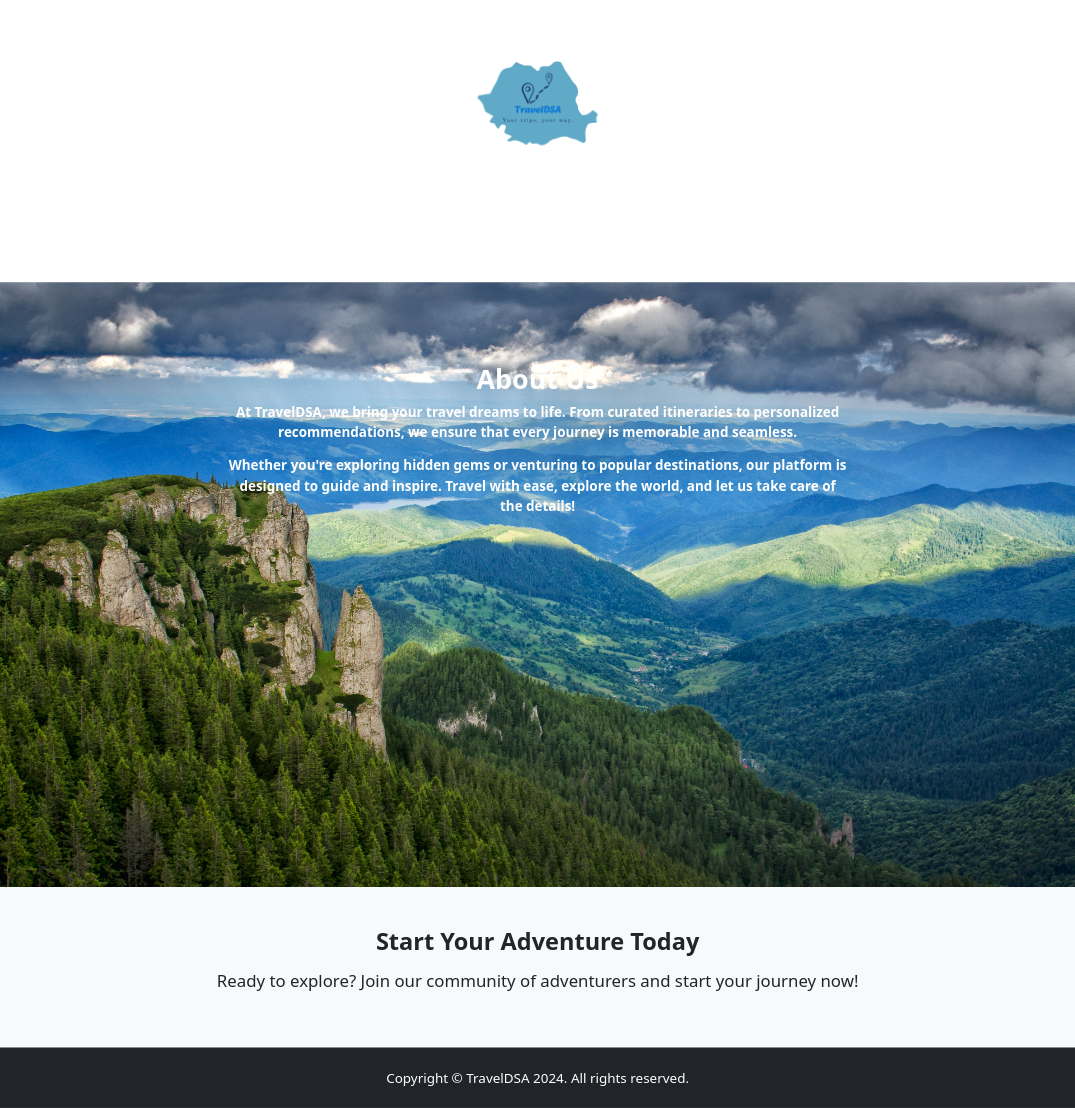
Repository: bettowww/TravelDSA
Page: /home
These files come from the project's save history. The page is drawn as it stood at one moment and after the next save; the edit follows.
The browser window is 1280 px wide. The pictures show the whole page, at 84% of full size.
The project was rebuilt for these pictures with package versions that can differ from the ones it lists, and the page was loaded fresh each time. The framework's server and built-in components were replaced by stand-ins that run in the browser. Also part of the build but not shown: next.config.mjs.

Above is the page before, as saved 2024-12-10 13:47:53.

After the next save:
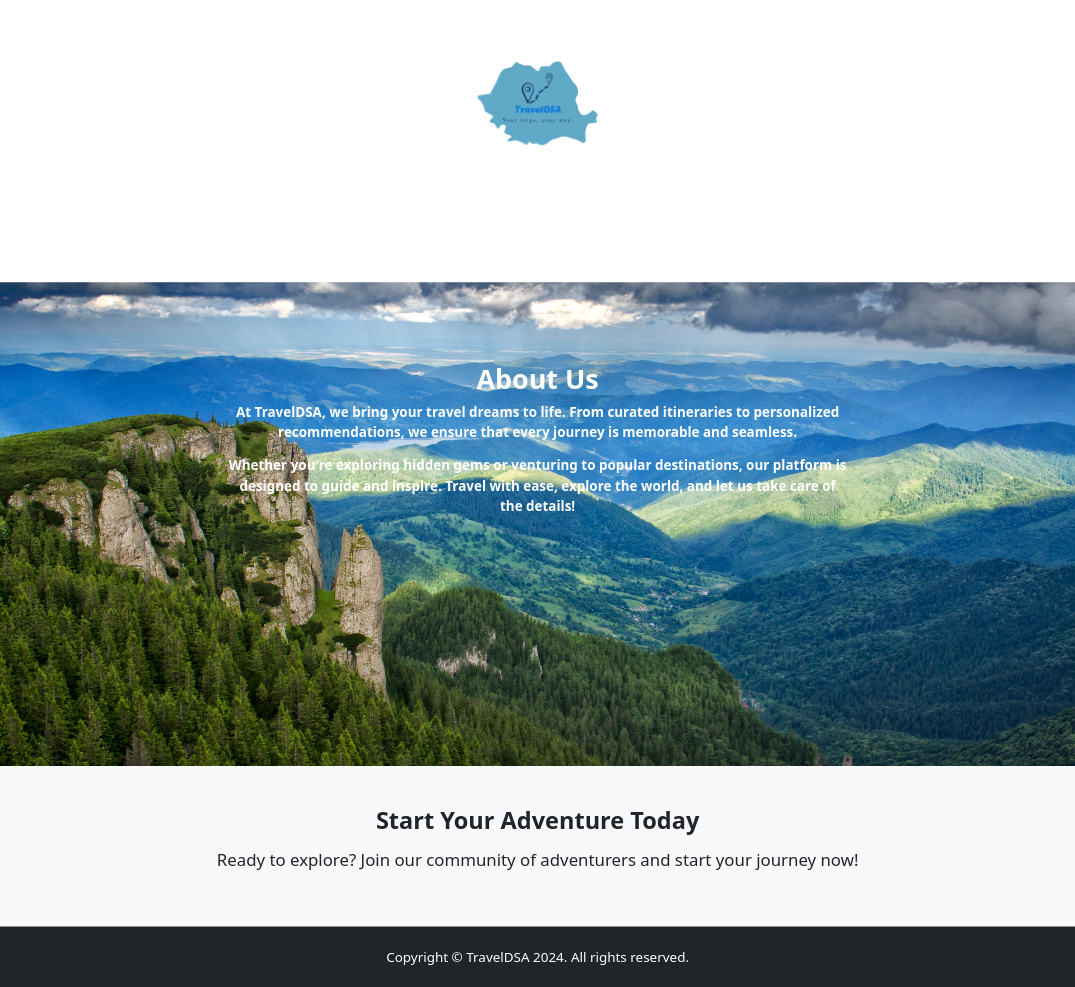
Saved 10 s later.
--- a/app/home/page.jsx
+++ b/app/home/page.jsx
@@ -37,7 +37,7 @@ const HomePage = () => {
           backgroundRepeat: "no-repeat",
           color: "#fff",
           padding: "80px 20px", // Increase padding for larger content area
-          minHeight: "100vh", // Ensure the section spans at least the full height of the viewport
+          minHeight: "80vh", // Ensure the section spans at least the full height of the viewport
         }}
       >
         <div className="container my-5">
